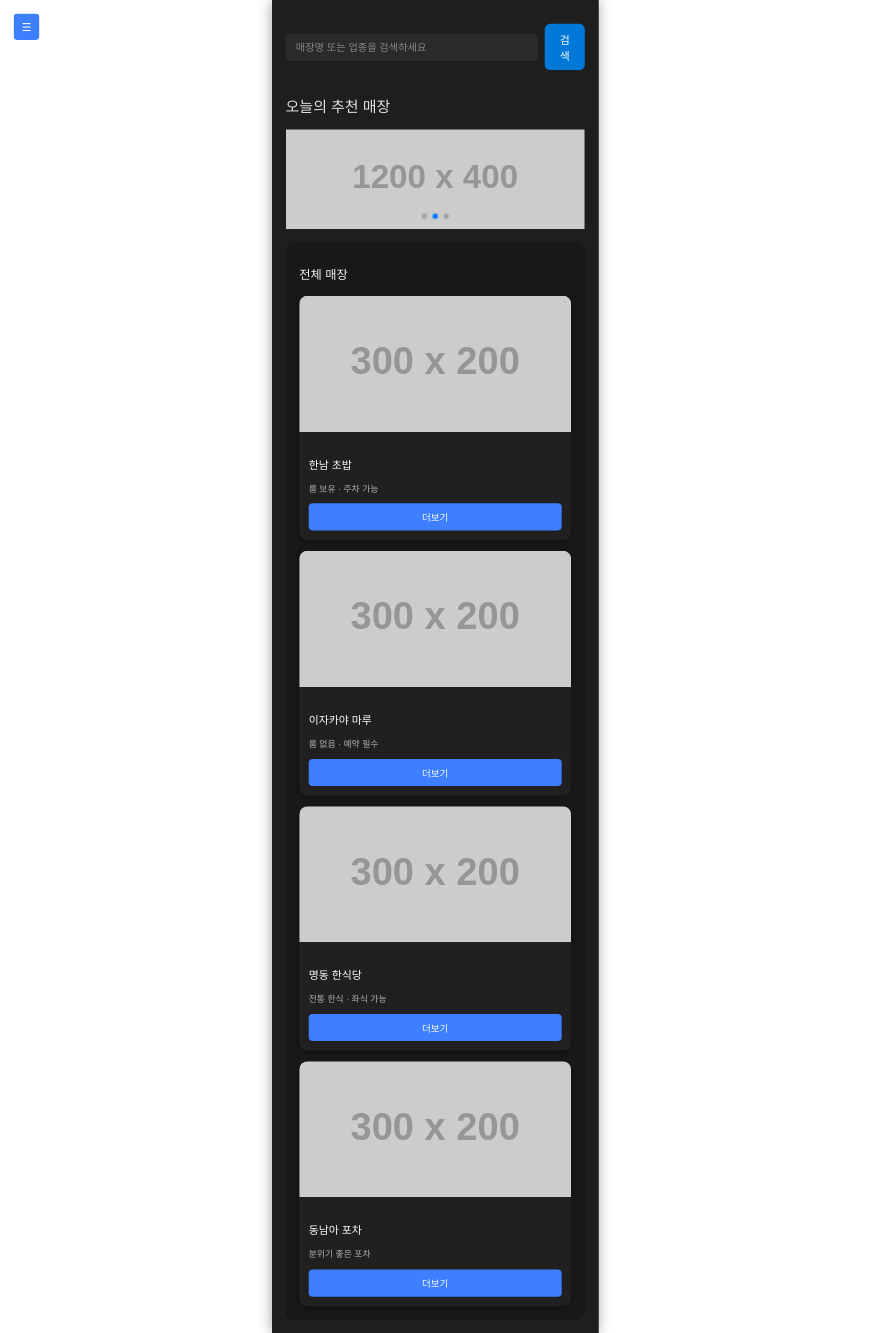
Repository: noiredex/Choplan-API
Page: / (app in choplan/frontend_main/)
These files come from the project's save history. The page is drawn as it stood at one moment and after the next save; the edit follows.
The browser window is 1280 px wide. The pictures show the whole page, at 68% of full size.
The project was rebuilt for these pictures with package versions that can differ from the ones it lists, and the page was loaded fresh each time. Also part of the build but not shown: choplan/frontend_main/vite.config.js, choplan/frontend_main/vite.config.ts, choplan/frontend_main/src/styles/StoreDetailPage.css, choplan/frontend_main/src/pages/StoreDetailPage.jsx.

Above is the page before, as saved 2025-10-27 17:23:02.

### choplan/frontend_main/index.html
<!doctype html>
<html lang="en">
  <head>
    <meta charset="UTF-8" />
    <link rel="icon" type="image/svg+xml" href="/vite.svg" />
    <meta name="viewport" content="width=device-width, initial-scale=1.0" />
    <title>frontend_main</title>
  </head>
  <body>
    <div id="root"></div>
    <script type="module" src="/src/main.jsx"></script>
  </body>
</html>

### choplan/frontend_main/src/App.jsx
import { Routes, Route } from "react-router-dom";
import HomePage from "./pages/HomePage";
import StoreDetailPage from "./pages/StoreDetailPage";
import "./App.css";

export default function App() {
  return (
    <Routes>
      <Route path="/" element={<HomePage />} />
      <Route path="/store/:id" element={<StoreDetailPage />} />
    </Routes>
  );
}

### choplan/frontend_main/src/pages/Homepage.jsx
import React, { useState } from "react";
import Sidebar from "../components/common/Sidebar";
import SearchBar from "../components/home/SearchBar";
import BannerSlider from "../components/home/BannerSlider";
import RecommendedStores from "../components/home/RecommendedStores";
import "../styles/HomePage.css";

export default function HomePage() {
  const [selectedCategory, setSelectedCategory] = useState("전체");
  const [searchQuery, setSearchQuery] = useState("");

  return (
    <div className="home-container">
      {/* 사이드바 */}
      <Sidebar
        selectedCategory={selectedCategory}
        onSelectCategory={setSelectedCategory}
        searchQuery={searchQuery}
      />

      {/* 메인 콘텐츠 */}
      <div className="main-content">
        <SearchBar onSearch={setSearchQuery} />

        {/* 추천 배너 */}
        <section className="banner-section">
          <h2>오늘의 추천 매장</h2>
          <BannerSlider />
        </section>

        {/* 매장 목록 */}
        <section className="store-section">
          <RecommendedStores
            category={selectedCategory}
            searchQuery={searchQuery}
          />
        </section>
      </div>
    </div>
  );
}

### choplan/frontend_main/src/App.css
/* ==============================
   App.css — 전역 스타일
   ============================== */

/* 기본 페이지 레이아웃 */
html, body {
  margin: 0;
  padding: 0;
  background-color: #181818; /* Soft Charcoal */
  color: #E0E0E0;
  font-family: 'Noto Sans KR', sans-serif;
  display: flex;
  justify-content: center;
}

/* 전체 앱을 중앙에 고정 (모바일 480px 기준) */
#root {
  width: 100%;
  max-width: 480px;
  min-height: 100vh;
  background-color: #1E1E1E;
  box-shadow: 0 0 20px rgba(0, 0, 0, 0.4);
  overflow-x: hidden;
  position: relative;
}

/* 스크롤바 다크모드 스타일 */
::-webkit-scrollbar {
  width: 6px;
}
::-webkit-scrollbar-track {
  background: #1a1a1a;
}
::-webkit-scrollbar-thumb {
  background: #444;
  border-radius: 4px;
}
::-webkit-scrollbar-thumb:hover {
  background: #555;
}

/* 공통 버튼 스타일 */
button {
  background-color: #3D7FFF;
  color: white;
  border: none;
  border-radius: 8px;
  padding: 10px 16px;
  cursor: pointer;
  transition: background-color 0.2s ease;
}
button:hover {
  background-color: #5596FF;
}

/* 링크 */
a {
  text-decoration: none;
  color: inherit;
}

### choplan/frontend_main/src/components/common/Sidebar.jsx
import React, { useState, useEffect } from "react";
import "../../styles/Sidebar.css";

export default function Sidebar({ selectedCategory, onSelectCategory, searchQuery }) {
  const [isOpen, setIsOpen] = useState(false);

  const categories = [
    "전체",
    "이자카야",
    "초밥",
    "한식",
    "양식",
    "중식",
    "동남아",
    "인도",
    "기타",
  ];

  // 검색어에 따라 자동 카테고리 선택
  useEffect(() => {
    if (searchQuery && searchQuery.trim() !== "") {
      const matched = categories.find((cat) => searchQuery.includes(cat));
      if (matched) onSelectCategory(matched);
    }
  }, [searchQuery]);

  return (
    <>
      {/* 햄버거 버튼 (항상 노출) */}
      <button
        className="sidebar-toggle"
        onClick={() => setIsOpen(!isOpen)}
        aria-label="메뉴 열기"
      >
        ☰
      </button>

      {/* 오버레이 (열릴 때만) */}
      {isOpen && <div className="overlay" onClick={() => setIsOpen(false)}></div>}

      {/* 세로형 사이드바 */}
      <aside className={`sidebar ${isOpen ? "open" : ""}`}>
        <ul className="sidebar-list">
          {categories.map((category, index) => (
            <li
              key={index}
              className={selectedCategory === category ? "active" : ""}
              onClick={() => {
                onSelectCategory(category);
                setIsOpen(false);
              }}
            >
              {category}
            </li>
          ))}
        </ul>
      </aside>
    </>
  );
}

### choplan/frontend_main/src/components/home/SearchBar.jsx
import React, { useState } from "react";
import "../../styles/SearchBar.css";

export default function SearchBar({ onSearch }) {
  const [query, setQuery] = useState("");

  const handleInputChange = (e) => {
    setQuery(e.target.value);
  };

  const handleSearch = (e) => {
    e.preventDefault();
    onSearch(query);
  };

  return (
    <form className="search-bar" onSubmit={handleSearch}>
      <input
        type="text"
        placeholder="매장명 또는 업종을 검색하세요"
        value={query}
        onChange={handleInputChange}
      />
      <button type="submit">검색</button>
    </form>
  );
}

### choplan/frontend_main/src/components/home/BannerSlider.jsx
import React from "react";
import { Swiper, SwiperSlide } from "swiper/react";
import { Autoplay, Pagination } from "swiper/modules";
import "swiper/css";
import "swiper/css/pagination";
import "../../styles/BannerSlider.css";

export default function BannerSlider() {
  const banners = [
    {
      id: 1,
      img: "https://placehold.co/1200x400/007bff/ffffff?text=오늘의+추천매장+1",
      alt: "추천 매장 1",
    },
    {
      id: 2,
      img: "https://placehold.co/1200x400/f07b00/ffffff?text=오늘의+추천매장+2",
      alt: "추천 매장 2",
    },
    {
      id: 3,
      img: "https://placehold.co/1200x400/008c4a/ffffff?text=오늘의+추천매장+3",
      alt: "추천 매장 3",
    },
  ];

  return (
    <div className="banner-slider-container">
      <Swiper
        modules={[Autoplay, Pagination]}
        pagination={{ clickable: true }}
        autoplay={{ delay: 4000, disableOnInteraction: false }}
        loop={true}
        spaceBetween={0}
        slidesPerView={1}
        className="banner-swiper"
      >
        {banners.map((banner) => (
          <SwiperSlide key={banner.id}>
            <img
              src={banner.img}
              alt={banner.alt}
              className="banner-image"
            />
          </SwiperSlide>
        ))}
      </Swiper>
    </div>
  );
}

### choplan/frontend_main/src/components/home/RecommendedStores.jsx
import React, { useEffect, useState } from "react";
import { useNavigate } from "react-router-dom";
import "../../styles/RecommendedStores.css";

export default function RecommendedStores({ category, searchQuery }) {
  const [stores, setStores] = useState([]);
  const navigate = useNavigate(); // 페이지 이동 훅

  // 예시 데이터 (실제 API 연결 시 이 부분 대체)
  const allStores = [
    { id: 1, name: "한남 초밥", category: "초밥", desc: "룸 보유 · 주차 가능", img: "https://placehold.co/300x200" },
    { id: 2, name: "이자카야 마루", category: "이자카야", desc: "룸 없음 · 예약 필수", img: "https://placehold.co/300x200" },
    { id: 3, name: "명동 한식당", category: "한식", desc: "전통 한식 · 좌식 가능", img: "https://placehold.co/300x200" },
    { id: 4, name: "동남아 포차", category: "동남아", desc: "분위기 좋은 포차", img: "https://placehold.co/300x200" },
  ];

  useEffect(() => {
    let filtered = allStores;

    // 검색어 반영
    if (searchQuery) {
      filtered = filtered.filter((store) =>
        store.name.toLowerCase().includes(searchQuery.toLowerCase())
      );
    }

    // 카테고리 반영
    if (category && category !== "전체") {
      filtered = filtered.filter((store) => store.category === category);
    }

    setStores(filtered);
  }, [category, searchQuery]);

  return (
    <div className="recommended-stores">
      <h2>{category ? category : "전체"} 매장</h2>

      <div className="store-grid">
        {stores.length > 0 ? (
          stores.map((store) => (
            <div className="store-card" key={store.id}>
              <img src={store.img} alt={store.name} />
              <div className="store-info">
                <h3>{store.name}</h3>
                <p>{store.desc}</p>
                <button onClick={() => navigate(`/store/${store.id}`)}>더보기</button>
              {/* 더보기 클릭시 /store/매장id 페이지로 이동 */}
              </div>
            </div>
          ))
        ) : (
          <p className="no-results">검색 결과가 없습니다.</p>
        )}
      </div>
    </div>
  );
}

### choplan/frontend_main/src/styles/Sidebar.css
/* ==============================
   Sidebar.css — 카테고리 & 햄버거 버튼
   ============================== */

/* ===== 사이드바 전체 ===== */
.sidebar {
  position: fixed;
  top: 0;
  left: 0;
  width: 220px;
  height: 100%;
  background: #202020; /* Soft Charcoal */
  border-right: 1px solid #2c2c2c;
  overflow-y: auto;
  transform: translateX(-100%);
  transition: transform 0.3s ease-in-out;
  z-index: 1000;
}

/* 열렸을 때 */
.sidebar.open {
  transform: translateX(0);
}

/* ===== 햄버거 버튼 ===== */
.sidebar-toggle {
  position: fixed;
  top: 20px;
  left: 20px;
  z-index: 1100;
  background: #3D7FFF;
  color: white;
  border: none;
  border-radius: 6px;
  padding: 10px 12px;
  font-size: 16px;
  cursor: pointer;
  transition: background 0.2s ease;
}

.sidebar-toggle:hover {
  background: #5596FF;
}

/* ===== 카테고리 리스트 ===== */
.sidebar-list {
  list-style: none;
  margin: 70px 0 0 0; /* 버튼 아래쪽 여백 확보 */
  padding: 0;
  display: flex;
  flex-direction: column;
}

.sidebar-list li {
  padding: 14px 18px;
  color: #E0E0E0;
  font-size: 15px;
  cursor: pointer;
  border-bottom: 1px solid #2b2b2b;
  transition: all 0.2s ease;
}

.sidebar-list li:hover {
  background-color: #2a2a2a;
}

.sidebar-list li.active {
  background-color: #3D7FFF;
  color: #fff;
  font-weight: 600;
}

/* “전체” 항목 상단 고정 */
.sidebar-list li:first-child {
  position: sticky;
  top: 0;
  background: #202020;
  z-index: 3;
  font-weight: bold;
  border-bottom: 1px solid #2c2c2c;
}

/* ===== 스크롤바 ===== */
.sidebar-list::-webkit-scrollbar {
  width: 6px;
}
.sidebar-list::-webkit-scrollbar-thumb {
  background: #333;
  border-radius: 3px;
}
.sidebar-list::-webkit-scrollbar-thumb:hover {
  background: #444;
}

/* ===== 반응형 ===== */
@media (max-width: 1024px) {
  .sidebar {
    width: 220px;
  }
}

@media (max-width: 600px) {
  .sidebar {
    width: 200px;
  }

  .sidebar-list li {
    font-size: 14px;
    padding: 12px 14px;
  }

  .sidebar-toggle {
    padding: 8px 10px;
    font-size: 14px;
    top: 15px;
    left: 15px;
  }
}

### choplan/frontend_main/src/styles/SearchBar.css
.search-bar {
  display: flex;
  justify-content: center;
  align-items: center;
  margin: 15px 0 25px 0;
  gap: 10px;
}

.search-bar input {
  width: 70%;
  padding: 10px 14px;
  border: 1px solid #ccc;
  border-radius: 8px;
  font-size: 1rem;
}

.search-bar button {
  background-color: #0078d7;
  color: white;
  border: none;
  padding: 10px 18px;
  border-radius: 8px;
  cursor: pointer;
  transition: background 0.2s ease;
}

.search-bar button:hover {
  background-color: #005fa3;
}

### choplan/frontend_main/src/styles/BannerSlider.css
/* ==============================
   BannerSlider.css — 자동 슬라이드 배너
   ============================== */

/* ===== 배너 전체 ===== */
.banner-slider {
  position: relative;
  width: 100%;
  max-width: 440px;
  margin: 0 auto;
  border-radius: 12px;
  overflow: hidden;
  background-color: #2A2A2A;
  box-shadow: 0 4px 10px rgba(0, 0, 0, 0.3);
}

/* ===== 슬라이드 이미지 ===== */
.banner-slide {
  width: 100%;
  aspect-ratio: 16 / 9;
  display: flex;
  align-items: center;
  justify-content: center;
  background-color: #1E1E1E;
}

.banner-slide img {
  width: 100%;
  height: 100%;
  object-fit: cover;
  display: block;
}

/* ===== 인디케이터 점 ===== */
.banner-indicators {
  position: absolute;
  bottom: 12px;
  left: 50%;
  transform: translateX(-50%);
  display: flex;
  gap: 6px;
  z-index: 10;
}

.indicator {
  width: 8px;
  height: 8px;
  background-color: rgba(255, 255, 255, 0.4);
  border-radius: 50%;
  cursor: pointer;
  transition: background-color 0.3s;
}

.indicator.active {
  background-color: #3D7FFF;
}

/* ===== 슬라이드 전환 효과 ===== */
.swiper-slide {
  transition: transform 0.6s ease-in-out;
}

/* ===== 반응형 ===== */
@media (min-width: 1025px) {
  body {
    display: flex;
    justify-content: center;
    background-color: #181818;
  }

  #root {
    width: 480px;
  }

  .banner-slider {
    max-width: 480px;
  }
}

@media (max-width: 600px) {
  .banner-slider {
    max-width: 95%;
  }

  .banner-indicators {
    bottom: 8px;
  }

  .indicator {
    width: 7px;
    height: 7px;
  }
}

### choplan/frontend_main/src/styles/RecommendedStores.css
/* ==============================
   RecommendedStores.css — 매장 목록
   ============================== */

.recommended-stores {
  padding: 20px;
  background-color: #181818; /* Soft Charcoal */
  color: #E0E0E0;
  max-width: 480px;
  margin: 0 auto;
  border-radius: 12px;
}

/* 섹션 제목 */
.recommended-stores h2 {
  font-size: 18px;
  font-weight: 600;
  margin-bottom: 16px;
  text-align: left;
  color: #F5F5F5;
}

/* ===== 매장 카드 컨테이너 ===== */
.store-grid {
  display: flex;
  flex-direction: column;
  gap: 16px;
}

/* ===== 각 매장 카드 ===== */
.store-card {
  background: #202020;
  border-radius: 12px;
  overflow: hidden;
  box-shadow: 0 2px 8px rgba(0, 0, 0, 0.35);
  transition: transform 0.2s ease, box-shadow 0.2s ease;
  width: 100%;
}

.store-card:hover {
  transform: translateY(-4px);
  box-shadow: 0 4px 12px rgba(0, 0, 0, 0.45);
}

/* 이미지 */
.store-card img {
  width: 100%;
  height: 200px;
  object-fit: cover;
  background-color: #2a2a2a;
}

/* 매장 정보 */
.store-info {
  padding: 14px;
}

.store-info h3 {
  font-size: 16px;
  margin-bottom: 8px;
  color: #FFFFFF;
}

.store-info p {
  font-size: 13px;
  color: #B0B0B0;
  margin-bottom: 12px;
}

/* 더보기 버튼 */
.store-info button {
  width: 100%;
  padding: 10px 0;
  border: none;
  border-radius: 6px;
  background-color: #3D7FFF;
  color: white;
  font-size: 14px;
  font-weight: 500;
  cursor: pointer;
  transition: background-color 0.2s ease, transform 0.1s ease;
}

.store-info button:hover {
  background-color: #5596FF;
  tran

Loaded but not shown: choplan/frontend_main/src/main.jsx (common file); choplan/frontend_main/src/index.css (common file); choplan/frontend_main/src/styles/HomePage.css (236 lines, source omitted)

After the next save:
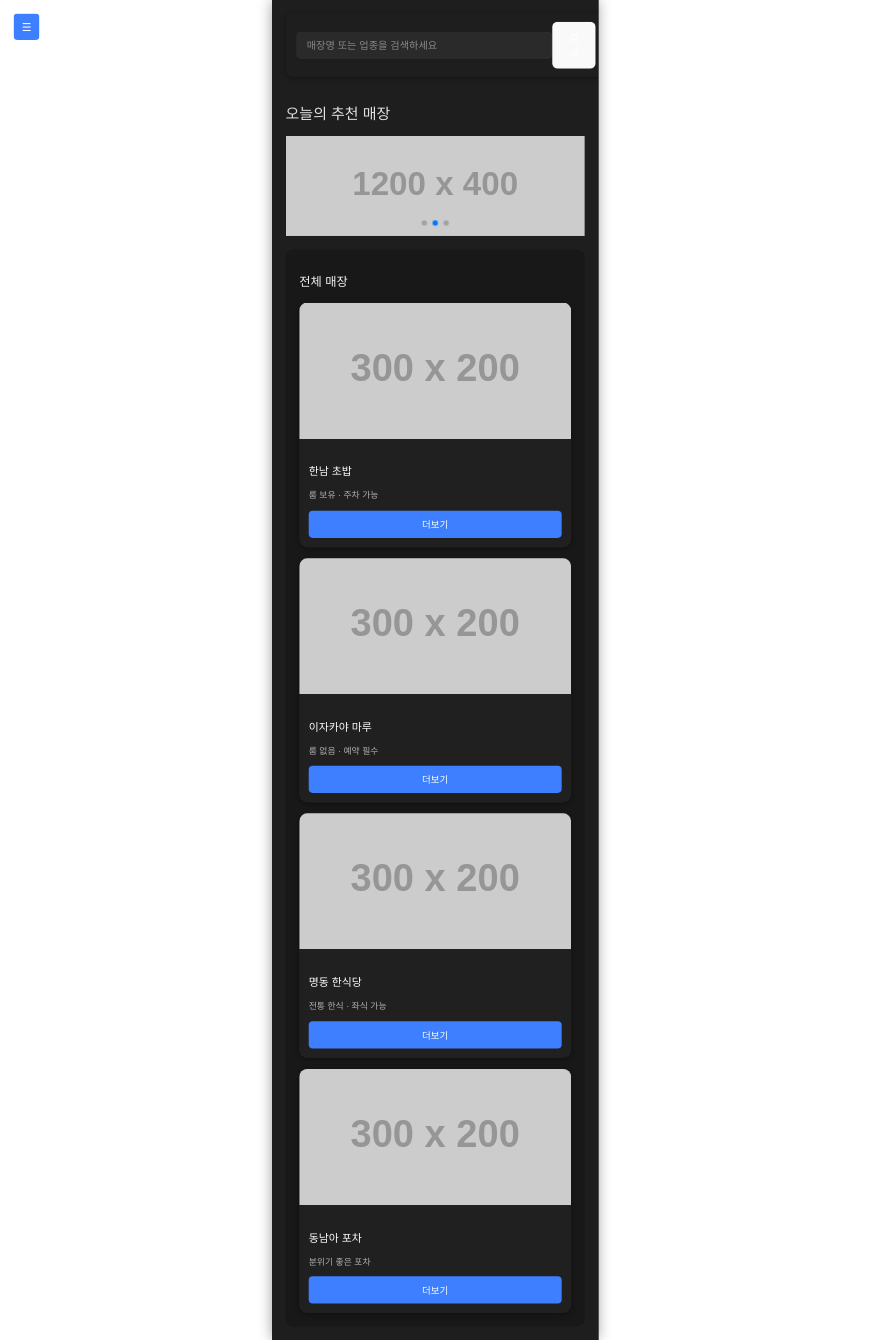
Saved 7 min 3 s later.
--- a/choplan/frontend_main/src/styles/SearchBar.css
+++ b/choplan/frontend_main/src/styles/SearchBar.css
@@ -1,29 +1,61 @@
+/* ==============================
+   SearchBar.css — 상단 검색 바
+   ============================== */
+
 .search-bar {
+  width: 100%;
+  max-width: 480px;
+  margin: 0 auto 16px auto;
   display: flex;
+  align-items: center;
   justify-content: center;
-  align-items: center;
-  margin: 15px 0 25px 0;
-  gap: 10px;
+  background-color: #1E1E1E; /* Soft Charcoal */
+  padding: 12px 16px;
+  border-radius: 10px;
+  box-shadow: 0 2px 8px rgba(0, 0, 0, 0.35);
+  transition: all 0.3s ease;
 }
 
+/* ====== 검색 입력 ====== */
 .search-bar input {
-  width: 70%;
+  width: 100%;
   padding: 10px 14px;
-  border: 1px solid #ccc;
-  border-radius: 8px;
-  font-size: 1rem;
+  border: 1px solid #333;
+  border-radius: 6px;
+  font-size: 15px;
+  color: #EAEAEA;
+  background-color: #2A2A2A;
+  outline: none;
+  transition: all 0.3s ease;
 }
 
-.search-bar button {
-  background-color: #0078d7;
-  color: white;
-  border: none;
-  padding: 10px 18px;
-  border-radius: 8px;
-  cursor: pointer;
-  transition: background 0.2s ease;
+/* placeholder 색상 */
+.search-bar input::placeholder {
+  color: #888;
+  font-weight: 400;
 }
 
-.search-bar button:hover {
-  background-color: #005fa3;
+/* 포커스 시 효과 */
+.search-bar input:focus {
+  border-color: #3D7FFF;
+  box-shadow: 0 0 6px rgba(61, 127, 255, 0.6);
+  background-color: #252525;
 }
+
+/* ====== 반응형 ====== */
+@media (min-width: 1025px) {
+  .search-bar {
+    max-width: 480px;
+  }
+}
+
+@media (max-width: 600px) {
+  .search-bar {
+    padding: 10px 12px;
+  }
+
+  .search-bar input {
+    font-size: 14px;
+    padding: 8px 12px;
+  }
+}

After the save that followed:
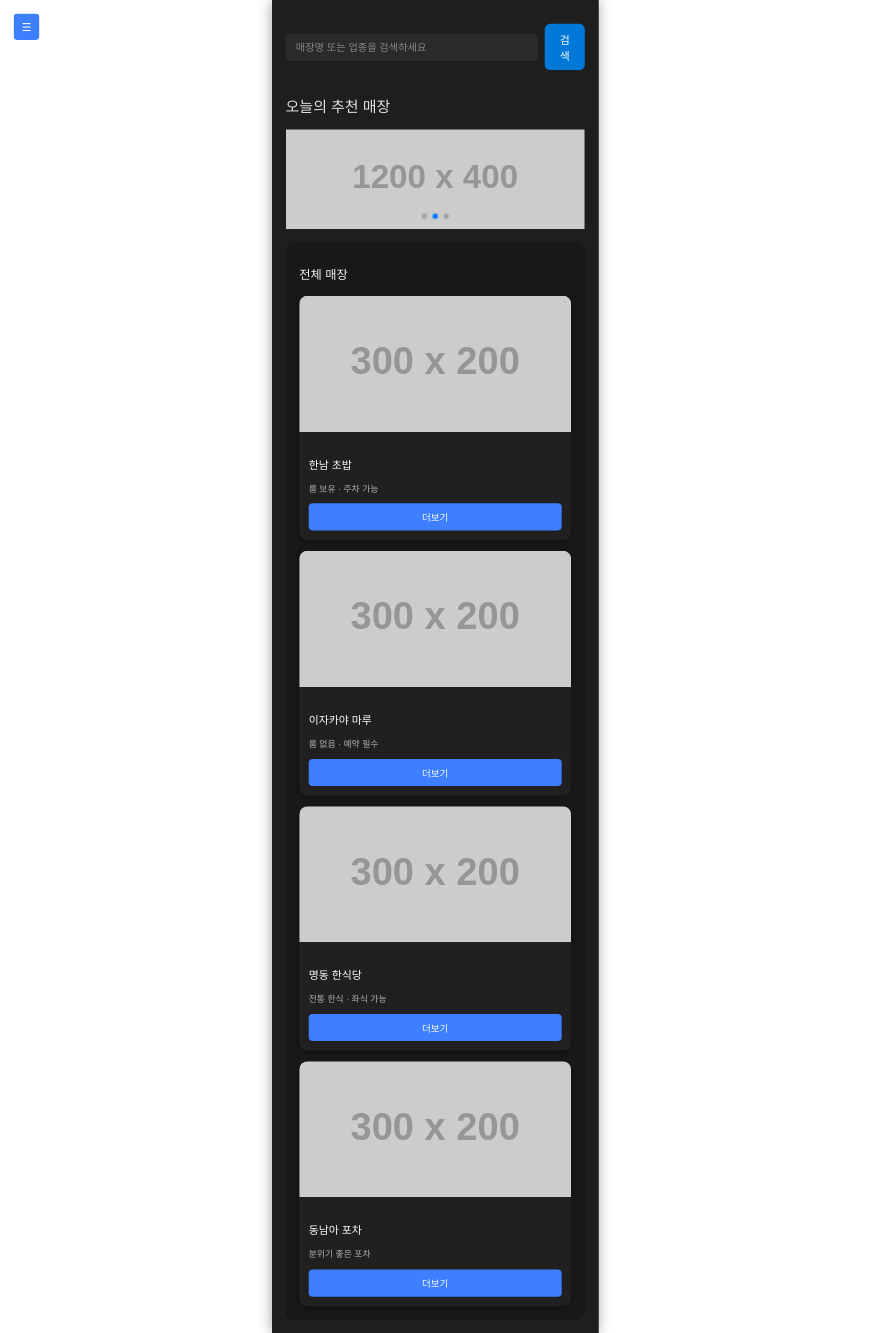
Saved 16 s later.
--- a/choplan/frontend_main/src/styles/SearchBar.css
+++ b/choplan/frontend_main/src/styles/SearchBar.css
@@ -1,61 +1,29 @@
-/* ==============================
-   SearchBar.css — 상단 검색 바
-   ============================== */
-
 .search-bar {
-  width: 100%;
-  max-width: 480px;
-  margin: 0 auto 16px auto;
   display: flex;
+  justify-content: center;
   align-items: center;
-  justify-content: center;
-  background-color: #1E1E1E; /* Soft Charcoal */
-  padding: 12px 16px;
-  border-radius: 10px;
-  box-shadow: 0 2px 8px rgba(0, 0, 0, 0.35);
-  transition: all 0.3s ease;
+  margin: 15px 0 25px 0;
+  gap: 10px;
 }
 
-/* ====== 검색 입력 ====== */
 .search-bar input {
-  width: 100%;
+  width: 70%;
   padding: 10px 14px;
-  border: 1px solid #333;
-  border-radius: 6px;
-  font-size: 15px;
-  color: #EAEAEA;
-  background-color: #2A2A2A;
-  outline: none;
-  transition: all 0.3s ease;
+  border: 1px solid #ccc;
+  border-radius: 8px;
+  font-size: 1rem;
 }
 
-/* placeholder 색상 */
-.search-bar input::placeholder {
-  color: #888;
-  font-weight: 400;
+.search-bar button {
+  background-color: #0078d7;
+  color: white;
+  border: none;
+  padding: 10px 18px;
+  border-radius: 8px;
+  cursor: pointer;
+  transition: background 0.2s ease;
 }
 
-/* 포커스 시 효과 */
-.search-bar input:focus {
-  border-color: #3D7FFF;
-  box-shadow: 0 0 6px rgba(61, 127, 255, 0.6);
-  background-color: #252525;
+.search-bar button:hover {
+  background-color: #005fa3;
 }
-
-/* ====== 반응형 ====== */
-@media (min-width: 1025px) {
-  .search-bar {
-    max-width: 480px;
-  }
-}
-
-@media (max-width: 600px) {
-  .search-bar {
-    padding: 10px 12px;
-  }
-
-  .search-bar input {
-    font-size: 14px;
-    padding: 8px 12px;
-  }
-}
